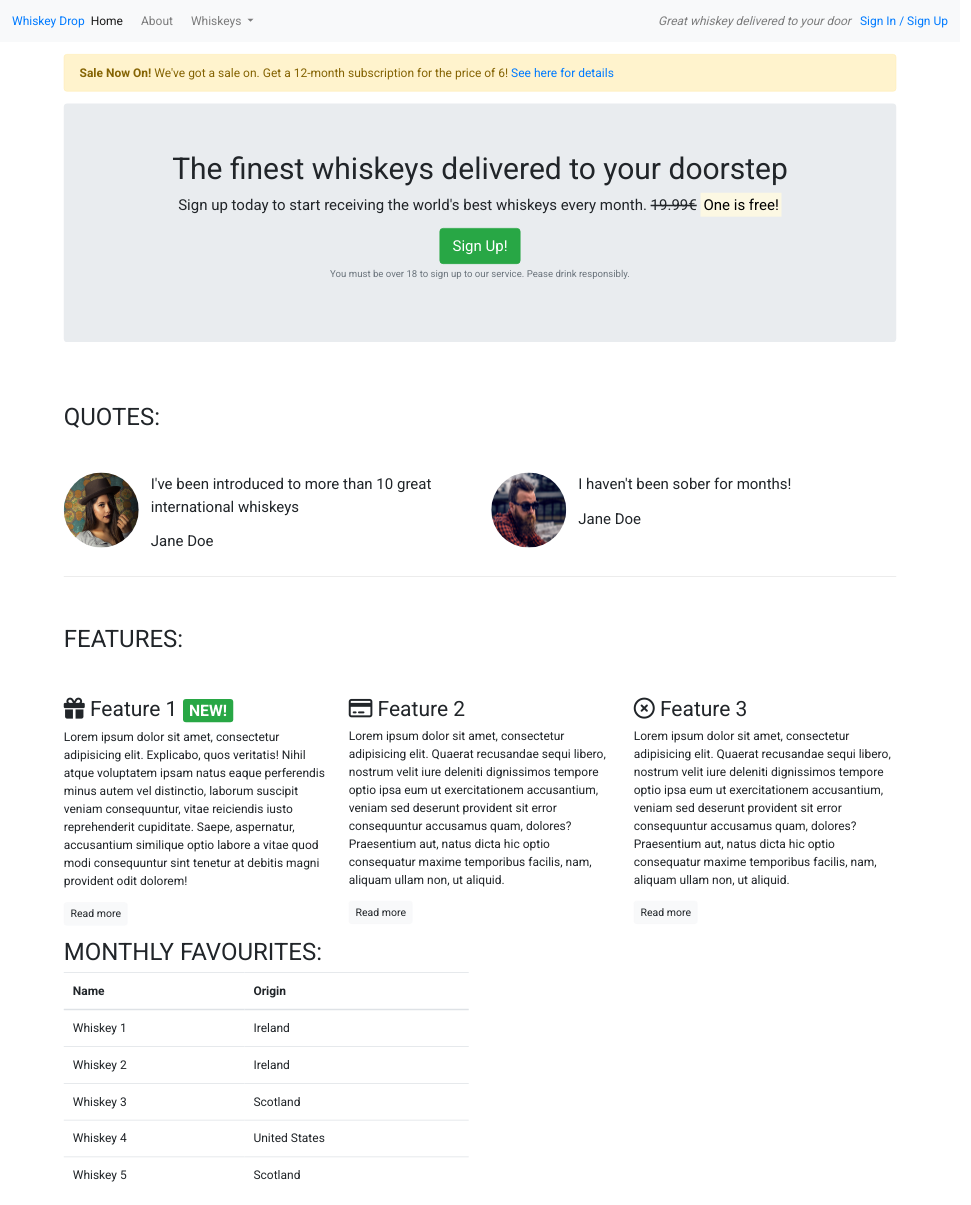
Repository: Sarani1612/whiskey-drop
Page: index.html
The author's editor kept a record of every edit. The page is drawn from the files as they stood at one moment, then again after the next edit.
The browser window is 1280 px wide. The page is 1280 px wide, then 1295 px, so the pictures cover 1295 px, including what lies to the right of the window. The pictures show the whole page, at 75% of full size.
Some web libraries are served in a nearby version.

Above is the page before.
Console error: TypeError: Cannot read properties of undefined (reading 'fn')

After the next edit:
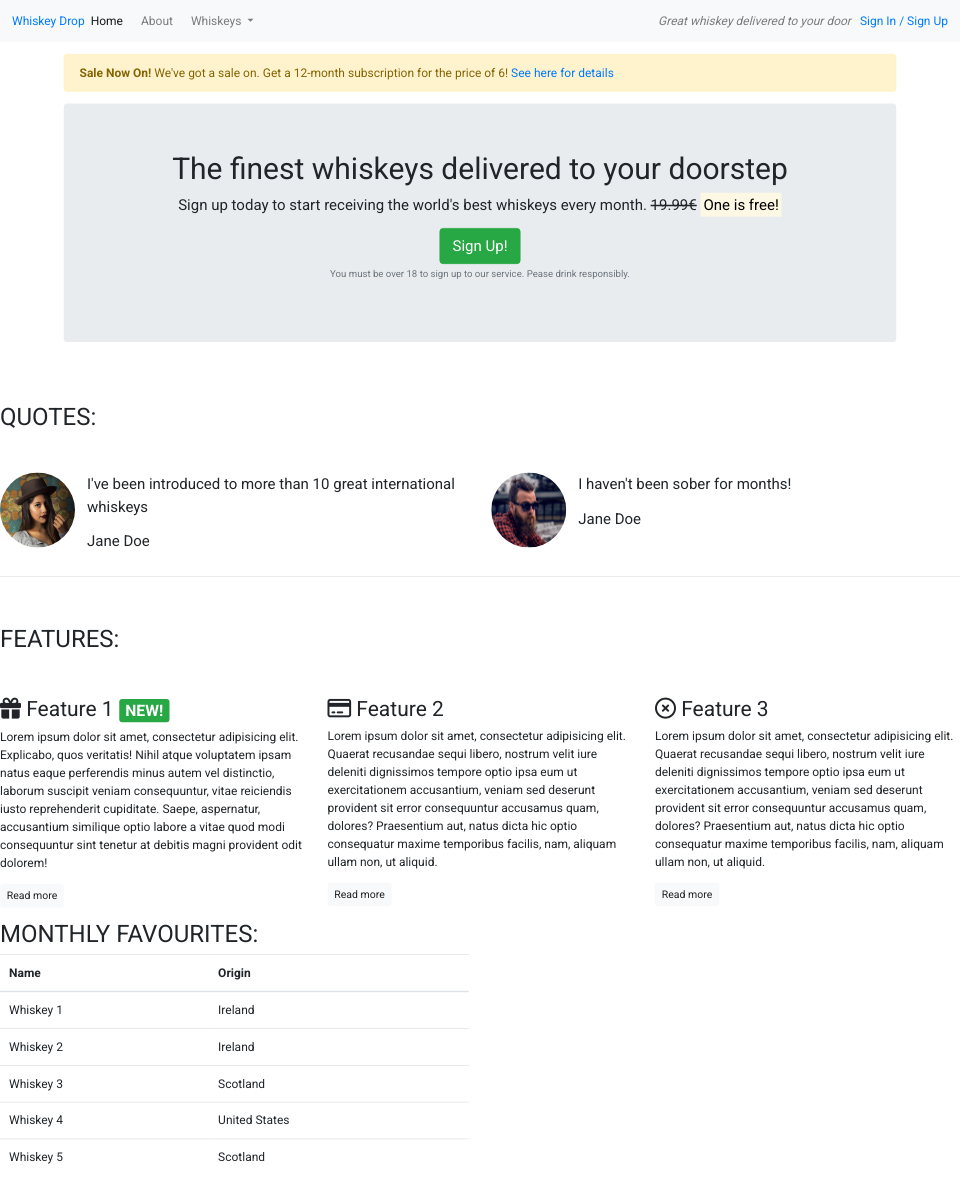
The edit:
--- a/index.html
+++ b/index.html
@@ -42,7 +42,7 @@
             <a href="/login">Sign In / Sign Up</a>
         </div>
     </nav>
-    <article class="container mt-3">
+    <div class="container mt-3">
         <div class="row d-none d-sm-block">
             <div class="col-12">
                 <div class="alert alert-warning">
